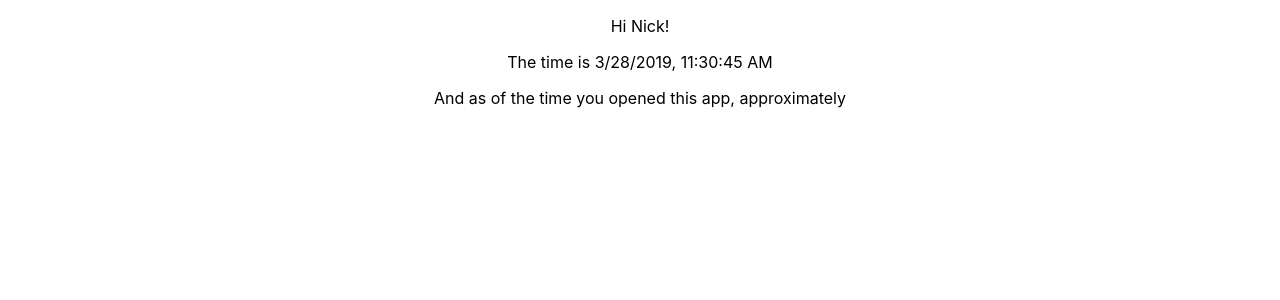
Repository: crispinonicky/gummy-facts
Page: /
These files come from the project's save history. The page is drawn as it stood at one moment and after the next save; the edit follows.
The browser window is 1280 px wide. The pictures show the whole page.
The project was rebuilt for these pictures with package versions that can differ from the ones it lists, and the page was loaded fresh each time.

Above is the page before, as saved 2019-03-28 13:07:45.

After the next save:
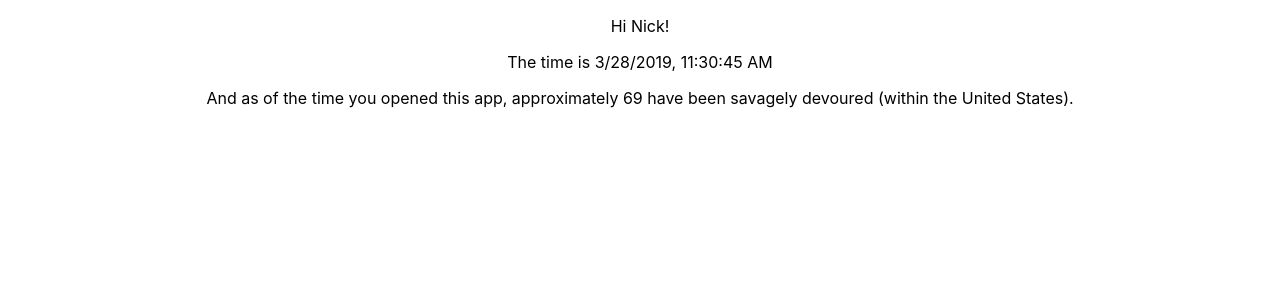
Saved 39 s later.
--- a/src/components/Gummies.js
+++ b/src/components/Gummies.js
@@ -34,7 +34,8 @@ class Gummies extends React.Component {
     return (
       <div>
       <p>
-        And as of the time you opened this app, approximately {}
+        And as of the time you opened this app, approximately {gummies} have
+        been savagely devoured (within the United States).
       </p>
       </div>
     );
